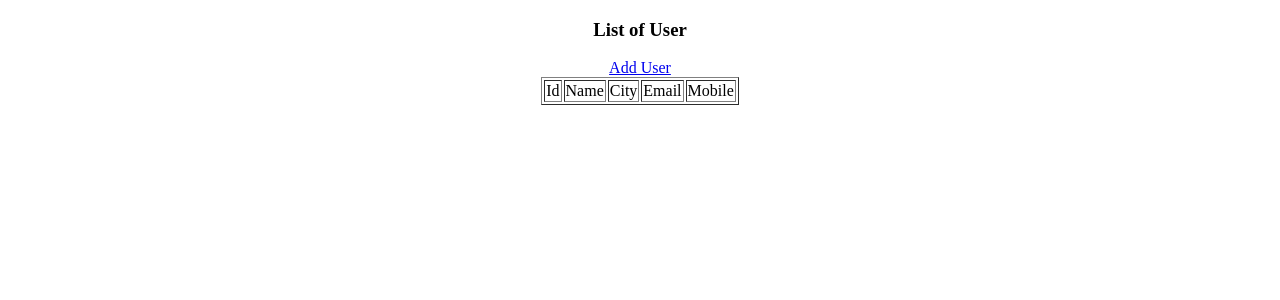
Repository: raypritam49000/SpringFrameworkProjects
Page: http://localhost/SpringMvcWithJdbcDemo/
These files come from the project's save history. The page is drawn as it stood at one moment and after the next save; the edit follows.
The browser window is 1280 px wide. The pictures show the whole page.
The page is served by Tomcat 9. Queries for data that is not in the repository find no rows.

Above is the page before, as saved 2022-07-28 10:37:28.

After the next save:
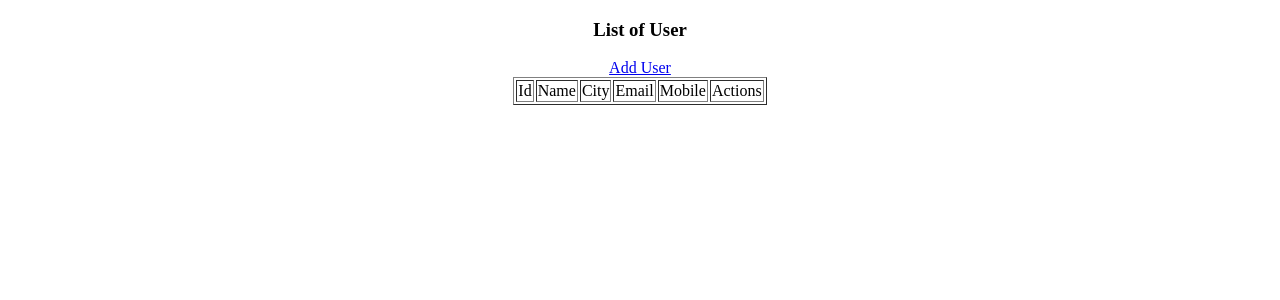
Saved 17 min 32 s later.
--- a/SpringMvcWithJdbcDemo/src/main/webapp/WEB-INF/views/listUser.jsp
+++ b/SpringMvcWithJdbcDemo/src/main/webapp/WEB-INF/views/listUser.jsp
@@ -19,6 +19,7 @@
 				<td>City</td>
 				<td>Email</td>
 				<td>Mobile</td>
+				<td>Actions</td>
 			</tr>
 		</thead>
 		<tbody>
